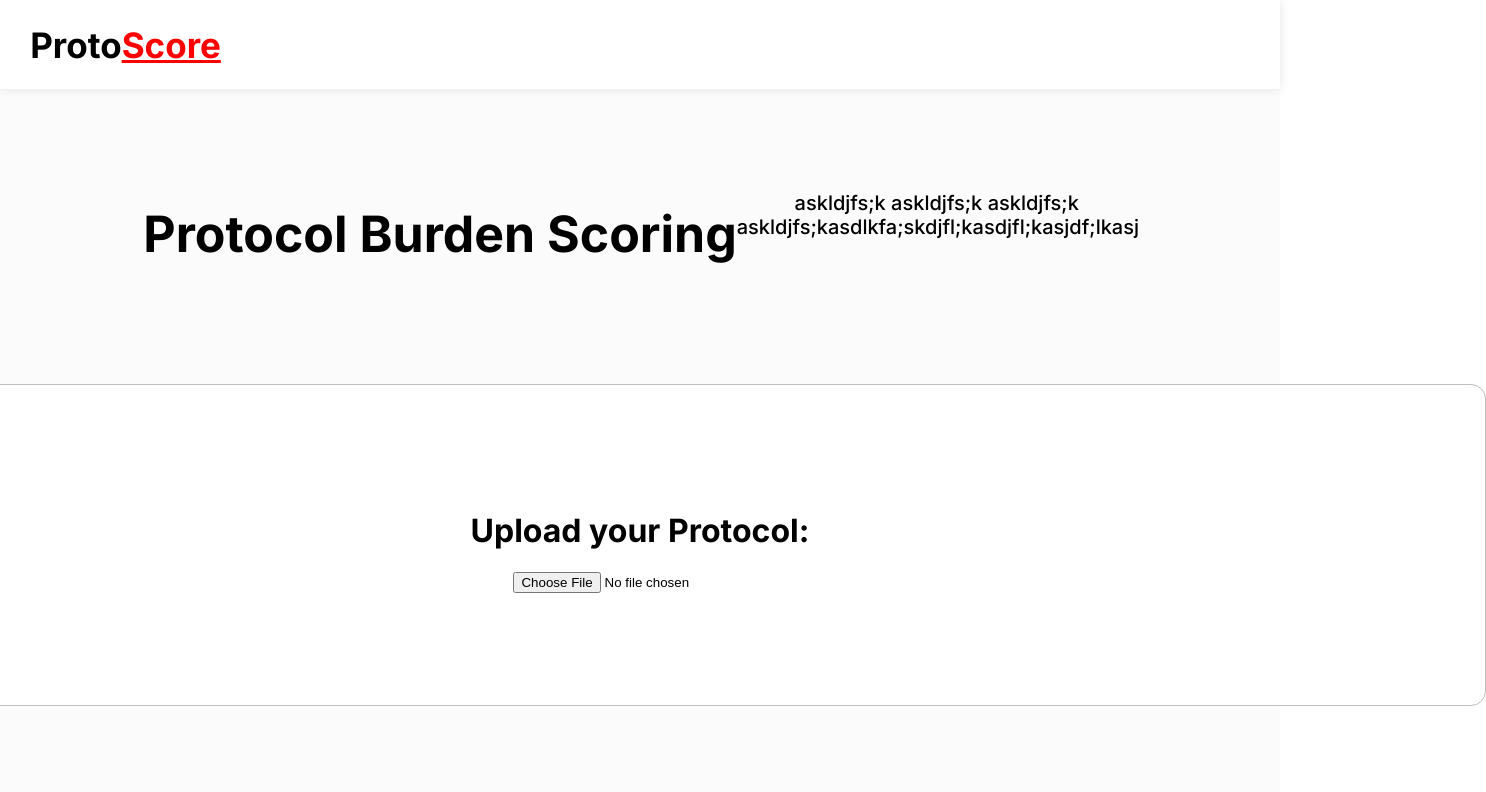
Repository: evanc108/Regeneron2024
Page: / (app in regeneron/)
These files come from the project's save history. The page is drawn as it stood at one moment and after the next save; the edit follows.
The browser window is 1280 px wide. The page is 1486 px wide, then 1280 px, so the pictures cover 1486 px, including what lies to the right of the window. The pictures show the whole page.
The project was rebuilt for these pictures with package versions that can differ from the ones it lists, and the page was loaded fresh each time.

Above is the page before, as saved 2024-05-14 02:26:12.

After the next save:
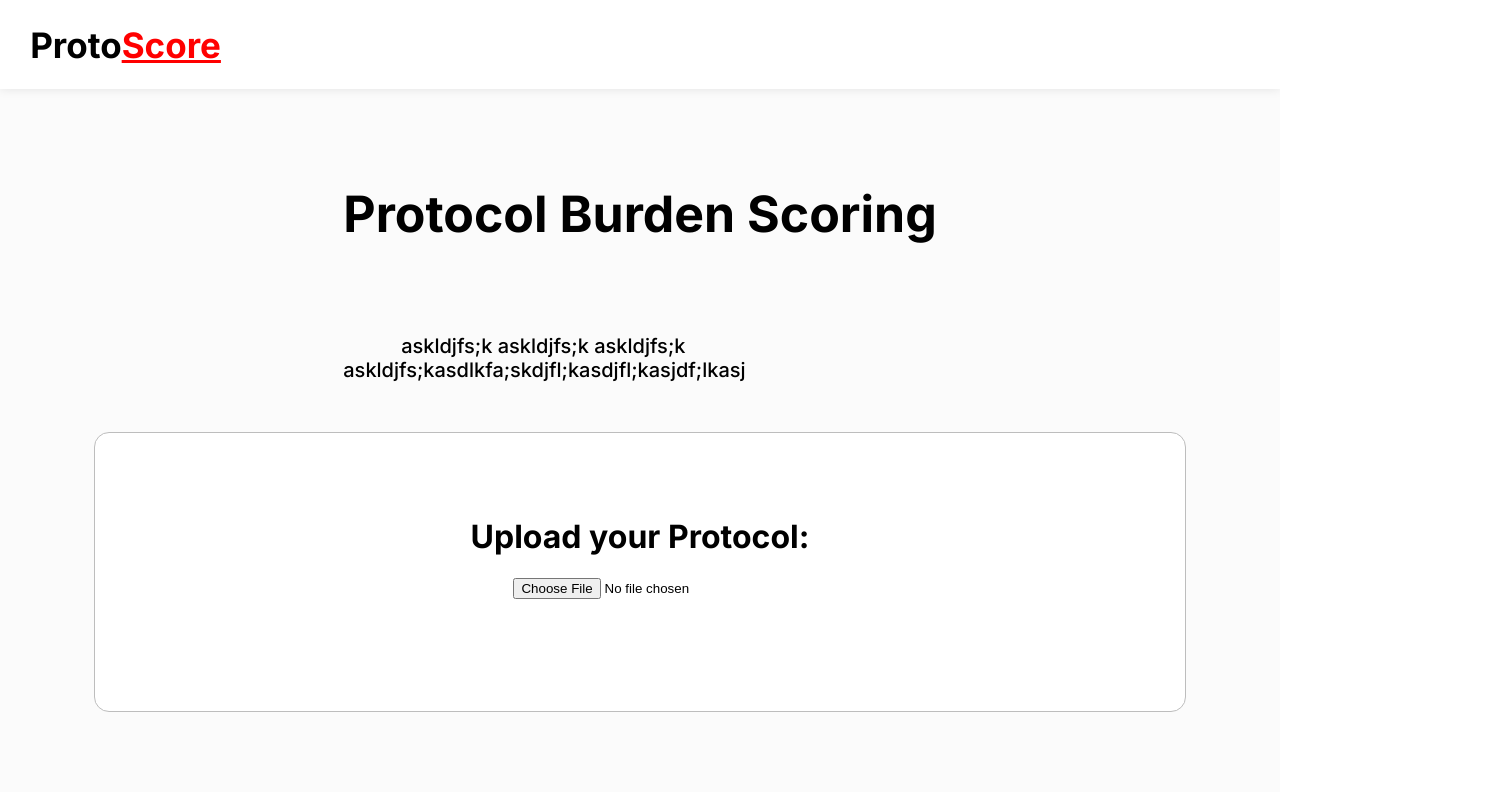
Saved 11 s later.
--- a/regeneron/src/styles/feedback.css
+++ b/regeneron/src/styles/feedback.css
@@ -10,6 +10,8 @@
     font-weight: 500;
     margin-top: 5%;
     display: flex;
+    flex-direction: column;
+    justify-content: center;
 }
 
 .upload-file {
